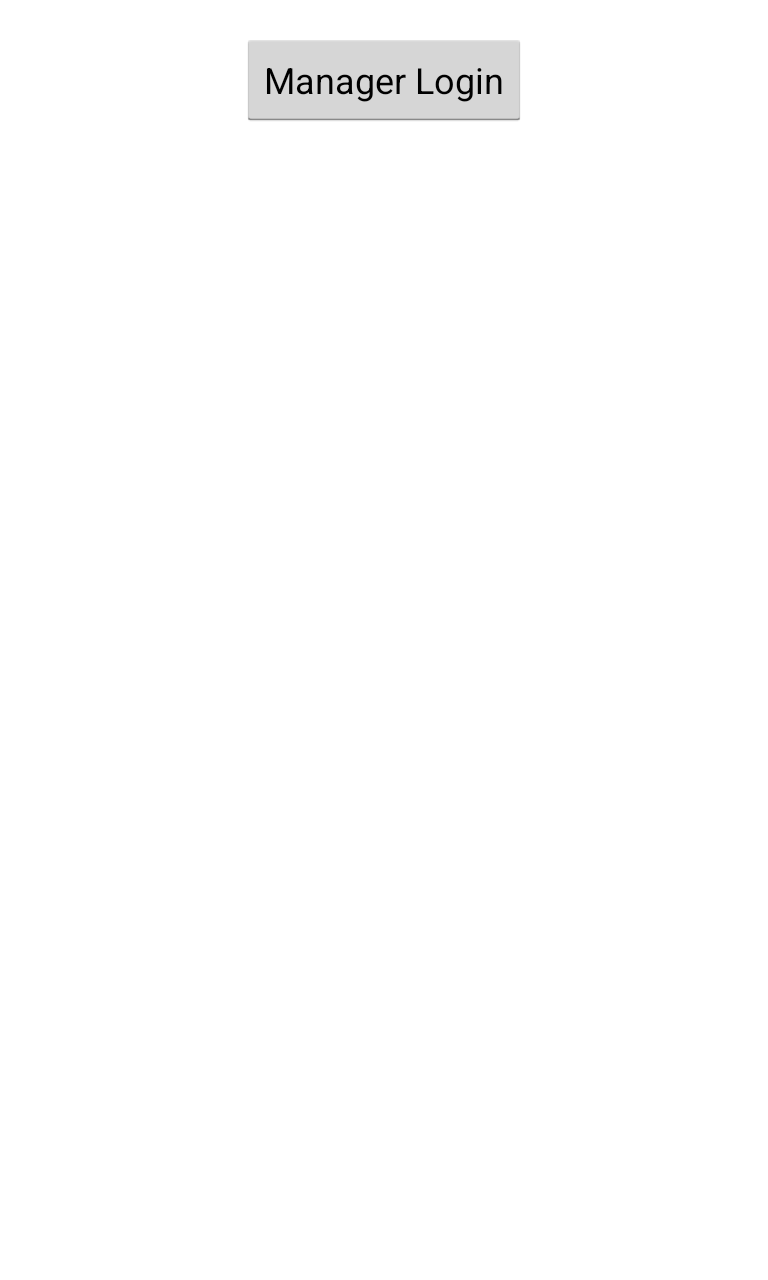
Repository: VroniZinsser/Kurierdienst
Layout: KurierdienstVroni/res/layout/activity_kurierdienst_start.xml
The author's editor kept a copy of each file at every save. The layout is drawn from the files as they stood at one save, then again after the next save.
It is drawn on a 768 x 1280 px phone screen (xhdpi) without system bars, with theme AppTheme; the app's code is not run.

Above is the layout before, as saved 2014-07-14 16:19:12.

### KurierdienstVroni/res/layout/activity_kurierdienst_start.xml
<RelativeLayout xmlns:android="http://schemas.android.com/apk/res/android"
    xmlns:tools="http://schemas.android.com/tools"
    android:layout_width="match_parent"
    android:layout_height="match_parent"
    android:paddingBottom="@dimen/activity_vertical_margin"
    android:paddingLeft="@dimen/activity_horizontal_margin"
    android:paddingRight="@dimen/activity_horizontal_margin"
    android:paddingTop="@dimen/activity_vertical_margin"
    tools:context=".KurierdienstStart" >

    <Button
        android:layout_width="wrap_content"
        android:layout_height="wrap_content"
        android:layout_centerHorizontal="true"
        android:text="Manager Login" />


</RelativeLayout>

Loaded but not shown: KurierdienstVroni/res/values/styles.xml (common file); KurierdienstVroni/res/values-v11/styles.xml (common file); KurierdienstVroni/res/values-v14/styles.xml (common file); KurierdienstVroni/res/values/dimens.xml (common file)

After the next save:
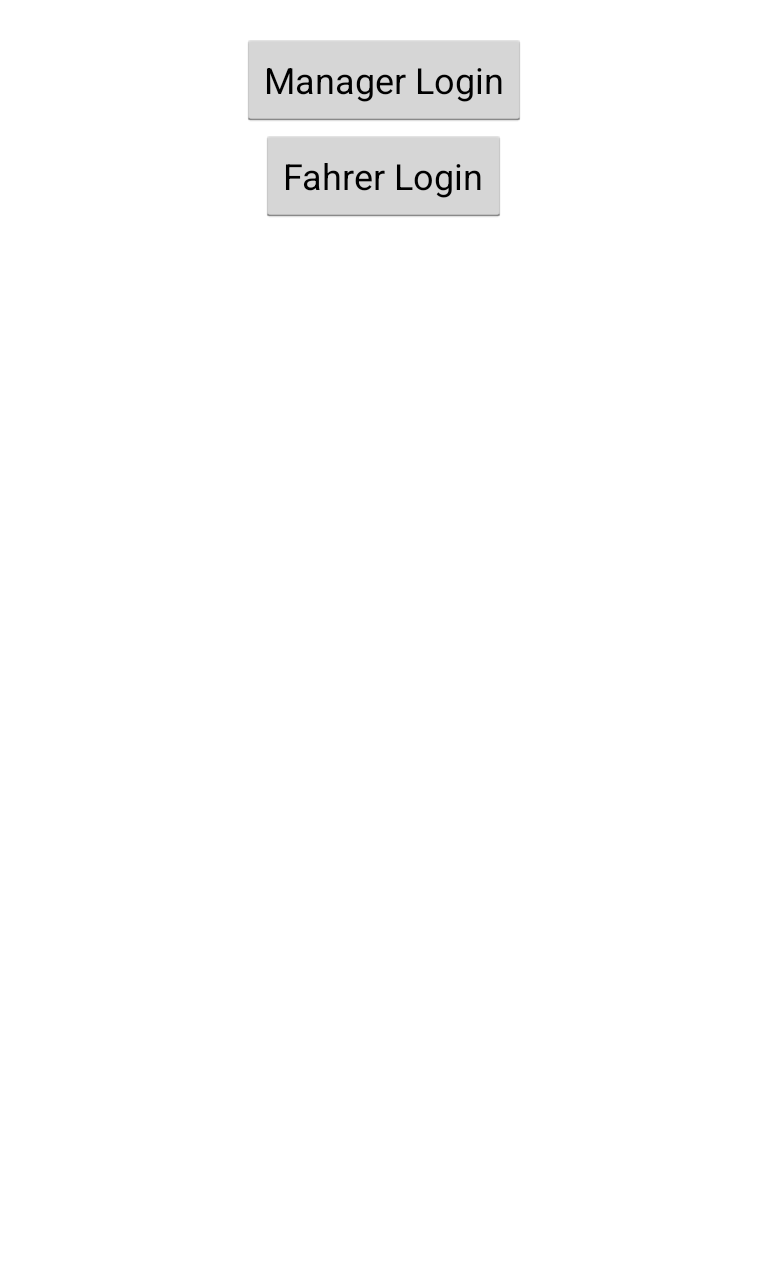
Saved 12 min 26 s later.
--- a/KurierdienstVroni/res/layout/activity_kurierdienst_start.xml
+++ b/KurierdienstVroni/res/layout/activity_kurierdienst_start.xml
@@ -9,10 +9,18 @@
     tools:context=".KurierdienstStart" >
 
     <Button
+        android:id="@+id/managerLogin"
         android:layout_width="wrap_content"
         android:layout_height="wrap_content"
         android:layout_centerHorizontal="true"
         android:text="Manager Login" />
 
+     <Button
+        android:layout_width="wrap_content"
+        android:layout_height="wrap_content"
+        android:layout_centerHorizontal="true"
+        android:layout_below="@id/managerLogin"
+        android:text="Fahrer Login" />
+
 
 </RelativeLayout>
